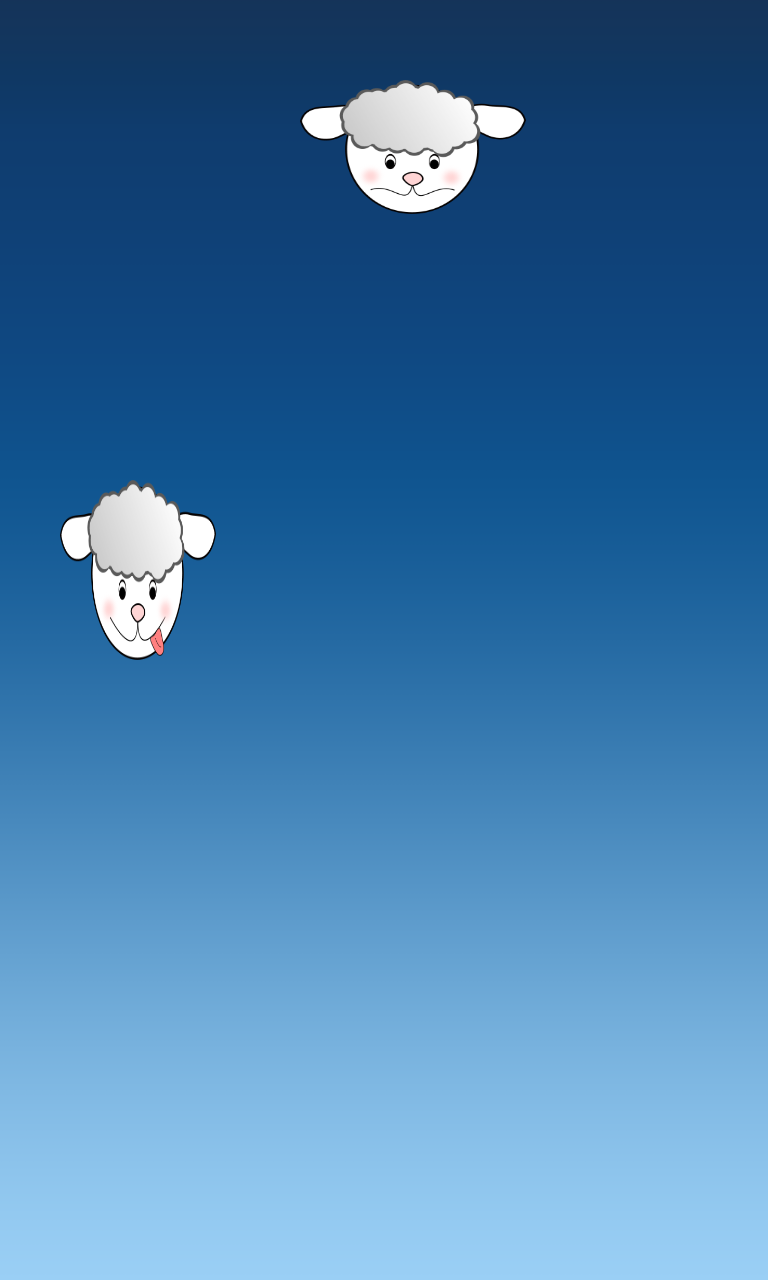
Repository: exilonX/CodeWarsFelula
Layout: Baa/res/layout/end_game.xml
An editor plug-in stored every save of this project. The layout is shown before and after a run of saves, followed by the edit.
It is drawn on a 768 x 1280 px phone screen (xhdpi) without system bars, with theme AppTheme; the app's code is not run.

Above is the layout before, as saved 2014-02-22 17:42:06.

### Baa/res/layout/end_game.xml
<?xml version="1.0" encoding="utf-8"?>
<FrameLayout xmlns:android="http://schemas.android.com/apk/res/android"
    android:layout_width="fill_parent"
    android:layout_height="fill_parent"
    android:background="@drawable/background"
    android:orientation="vertical" >

    <Button
        android:id="@+id/player1"
        android:layout_width="113dp"
        android:layout_height="67dp"
        android:layout_marginBottom="90dp"
        android:layout_marginLeft="150dp"
        android:layout_marginRight="40dp"
        android:background="@drawable/sad"
        android:layout_marginTop="40dp"
        />

    <Button
        android:id="@+id/player2"
        android:layout_width="78dp"
        android:layout_height="90dp"
        android:layout_marginBottom="0dp"
        android:layout_marginLeft="30dp"
        android:layout_marginRight="120dp"
        android:layout_marginTop="240dp"
        android:background="@drawable/happy" />

</FrameLayout>

Loaded but not shown: Baa/res/values/styles.xml (common file); Baa/res/values-v11/styles.xml (common file); Baa/res/values-v14/styles.xml (common file)

After the next 2 saves:
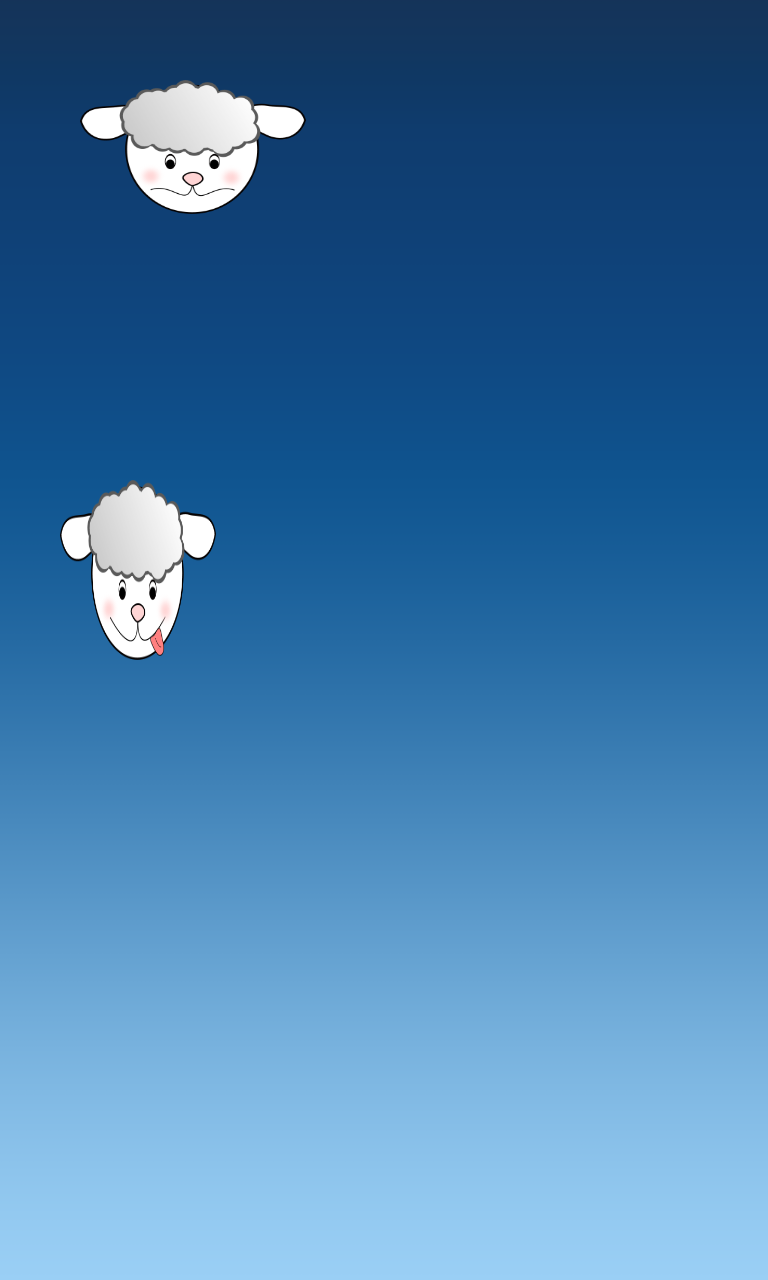
The 2 saves are shown as one change because they came seconds apart.
The last was saved 17 s later.
--- a/Baa/res/layout/end_game.xml
+++ b/Baa/res/layout/end_game.xml
@@ -10,7 +10,7 @@
         android:layout_width="113dp"
         android:layout_height="67dp"
         android:layout_marginBottom="90dp"
-        android:layout_marginLeft="150dp"
+        android:layout_marginLeft="40dp"
         android:layout_marginRight="40dp"
         android:background="@drawable/sad"
         android:layout_marginTop="40dp"
